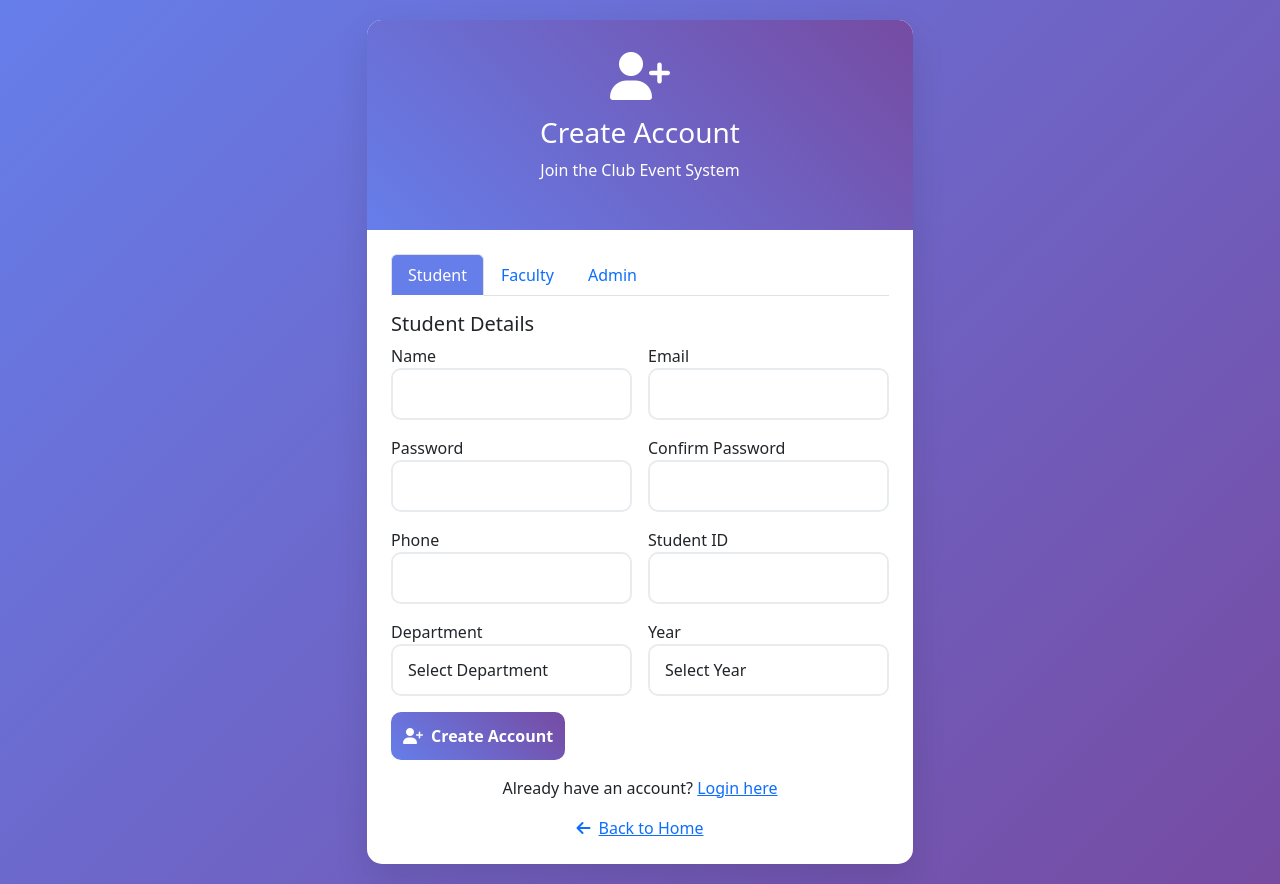
Repository: vipinsamy-sys/clubevent
Page: public/register.html
These files come from the project's save history. The page is drawn as it stood at one moment and after the next save; the edit follows.
The browser window is 1280 px wide. The pictures show the whole page.

Above is the page before, as saved 2025-10-20 14:23:55.

After the next save:
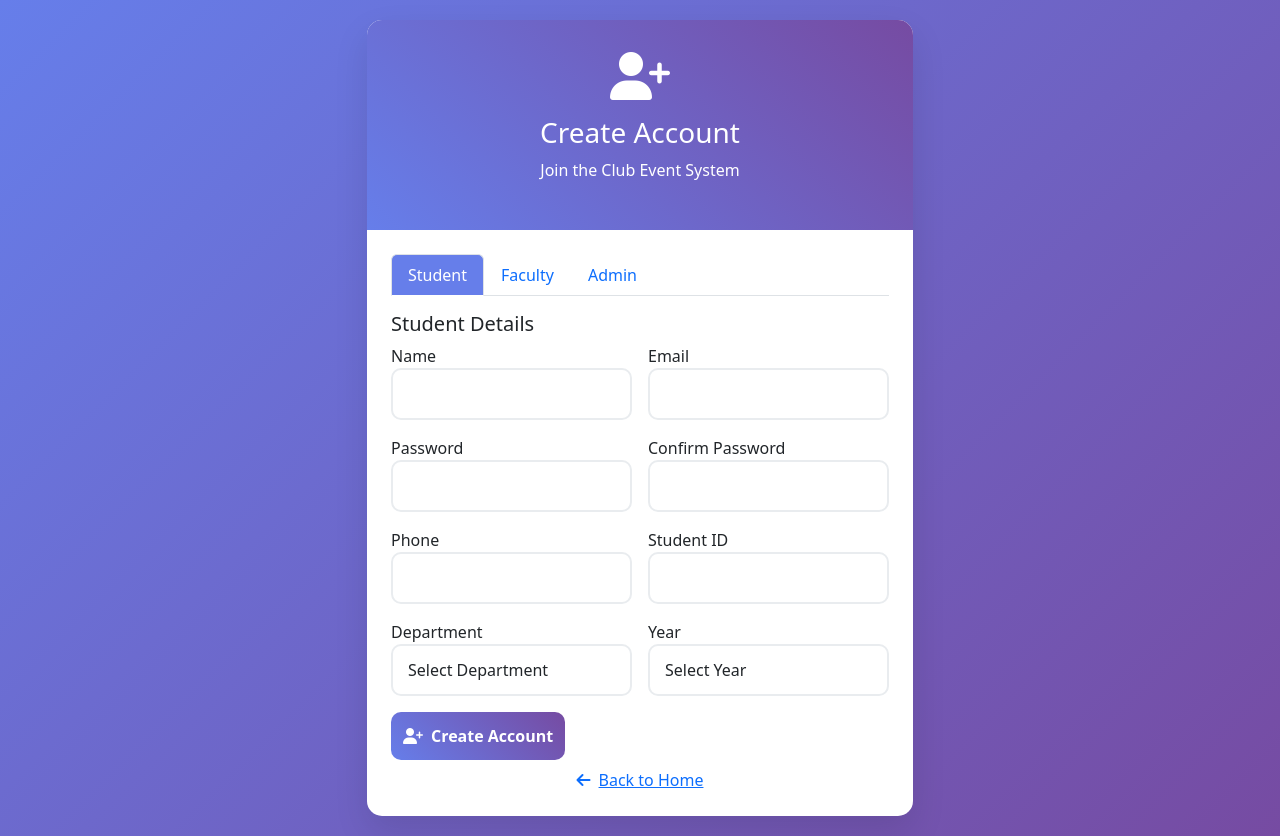
Saved 9 s later.
--- a/public/register.html
+++ b/public/register.html
@@ -140,9 +140,7 @@ body {
                         </div>
                     </form>
 
-                    <div class="text-center mt-3">
-                        <p>Already have an account? <a href="login.html">Login here</a></p>
-                    </div>
+
                     <div class="text-center mt-2">
                         <a href="index.html"><i class="fas fa-arrow-left me-2"></i>Back to Home</a>
                     </div>
